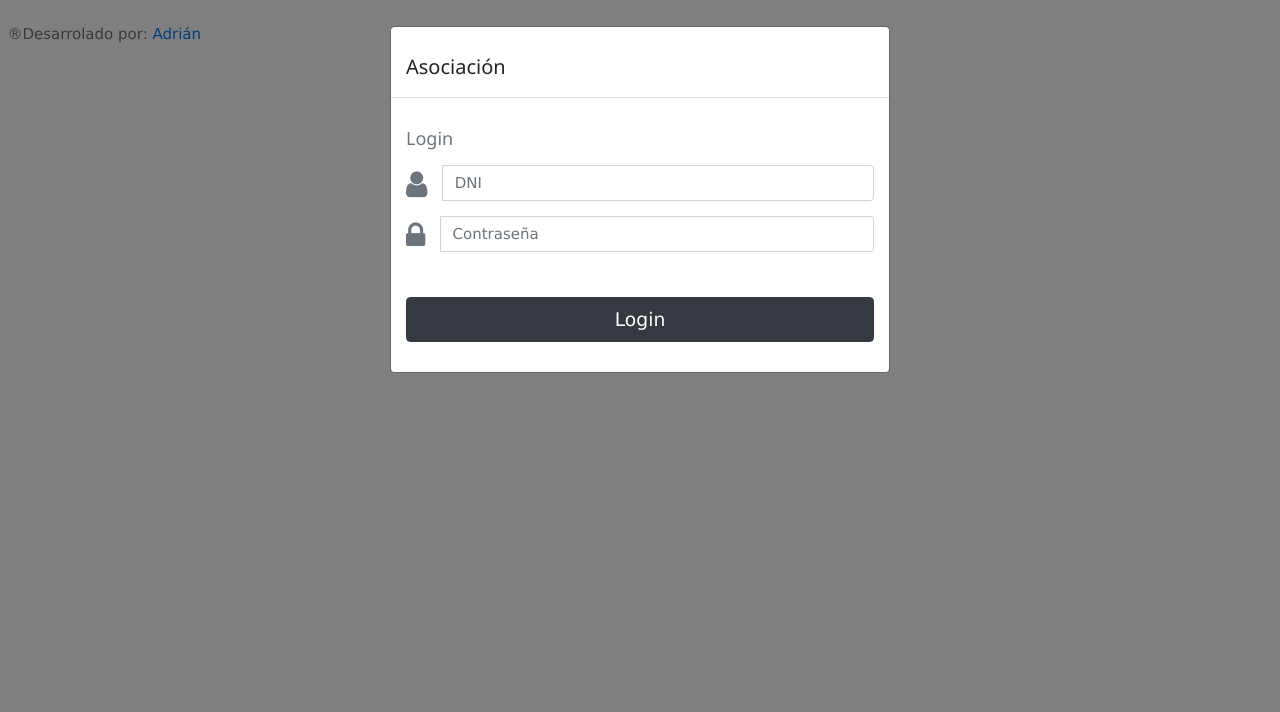
Repository: adrianllorian/adrianllorian-gestion-asociacion-backend
Page: WebStorage/index.html
An editor plug-in stored every save of this project. The page is shown before and after the next save, followed by the edit.
The browser window is 1280 px wide. The pictures show the whole page.
Some web libraries are served in a nearby version.

Above is the page before, as saved 2022-01-14 17:15:39.

After the next save:
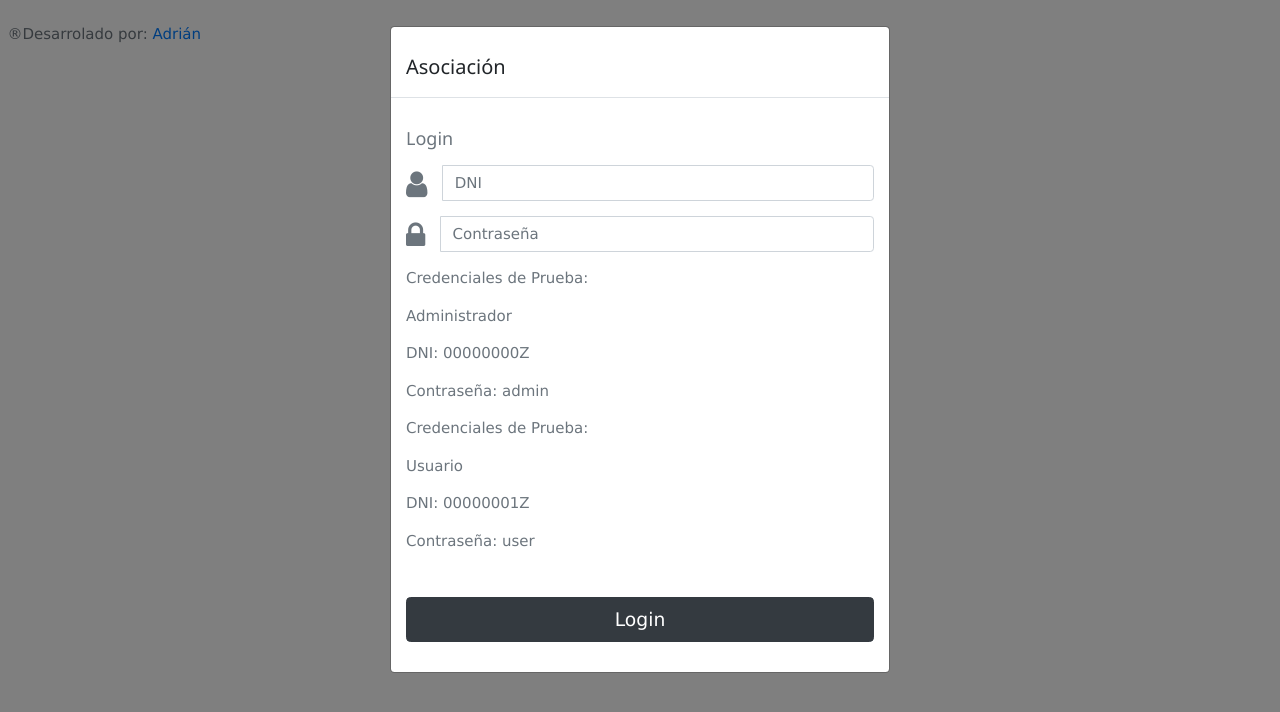
Saved 3 h 49 min later.
--- a/WebStorage/index.html
+++ b/WebStorage/index.html
@@ -261,6 +261,18 @@
                             </div>
                         </div>
                         <div id="MensajeErrorLogin">
+
+                        </div>
+                        <div class="form-group">
+                            <p><span class="text-muted">Credenciales de Prueba:</span></p>
+                            <p><span class="text-muted">Administrador</span></p>
+                            <p><span class="text-muted">DNI:  00000000Z</span></p>
+                            <p><span class="text-muted">Contraseña:  admin</span></p>
+
+                            <p><span class="text-muted">Credenciales de Prueba:</span></p>
+                            <p><span class="text-muted">Usuario</span></p>
+                            <p><span class="text-muted">DNI:  00000001Z</span></p>
+                            <p><span class="text-muted">Contraseña:  user</span></p>
 
                         </div>
                         <div class="form-group">
